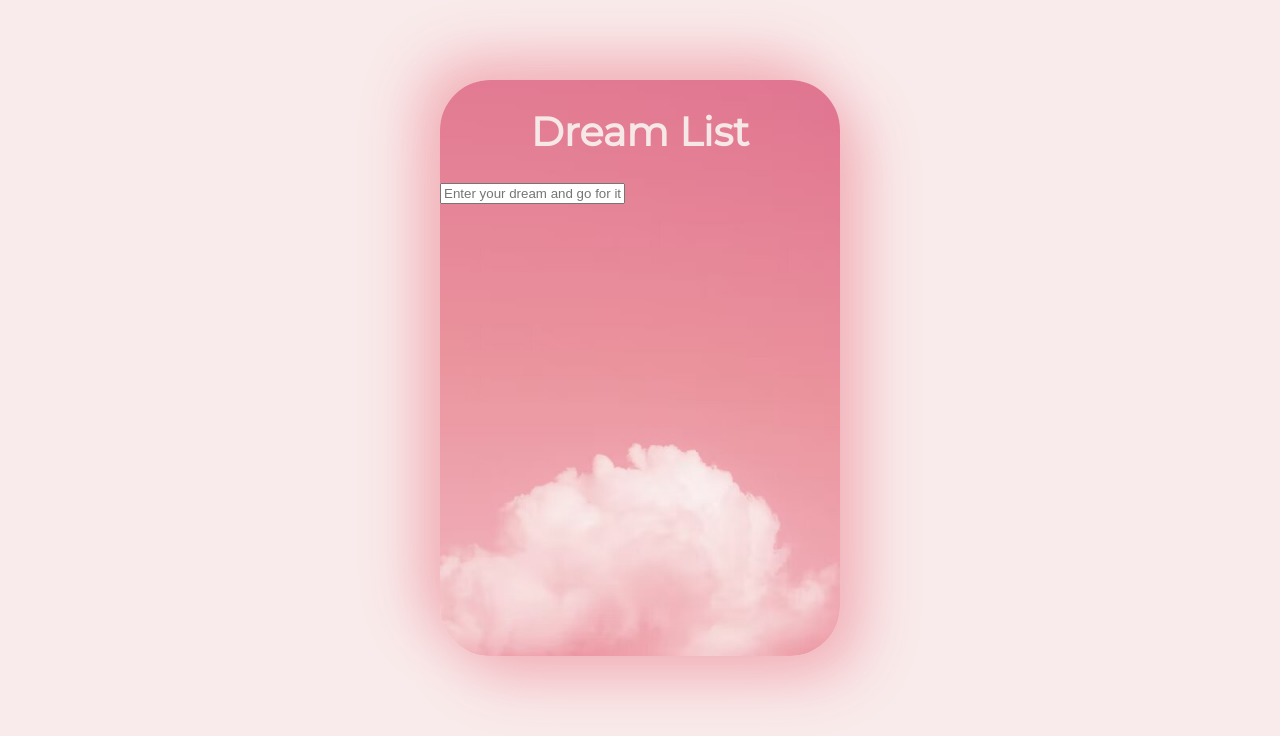
Repository: asya-aisa/grocery-list
Page: /
An editor plug-in stored every save of this project. The page is shown before and after the next save, followed by the edit.
The browser window is 1280 px wide. The pictures show the whole page.
The project was rebuilt for these pictures with package versions that can differ from the ones it lists, and the page was loaded fresh each time.

Above is the page before, as saved 2023-07-14 15:15:21.

After the next save:
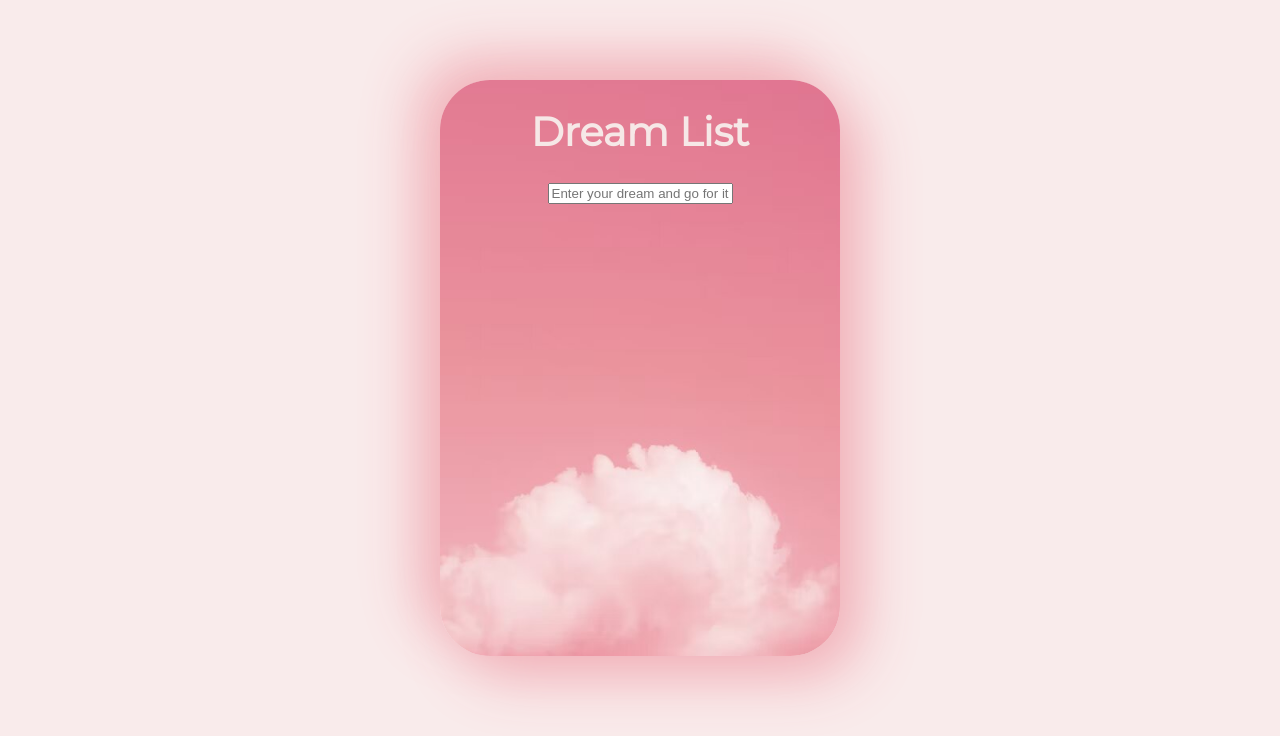
Saved 6 s later.
--- a/src/App.js
+++ b/src/App.js
@@ -8,7 +8,7 @@ function App() {
       <div className='container'>
         <h1>Dream List</h1>
       </div>
-      <div>
+      <div className='container'>
       <DreamList />
       </div>
 
